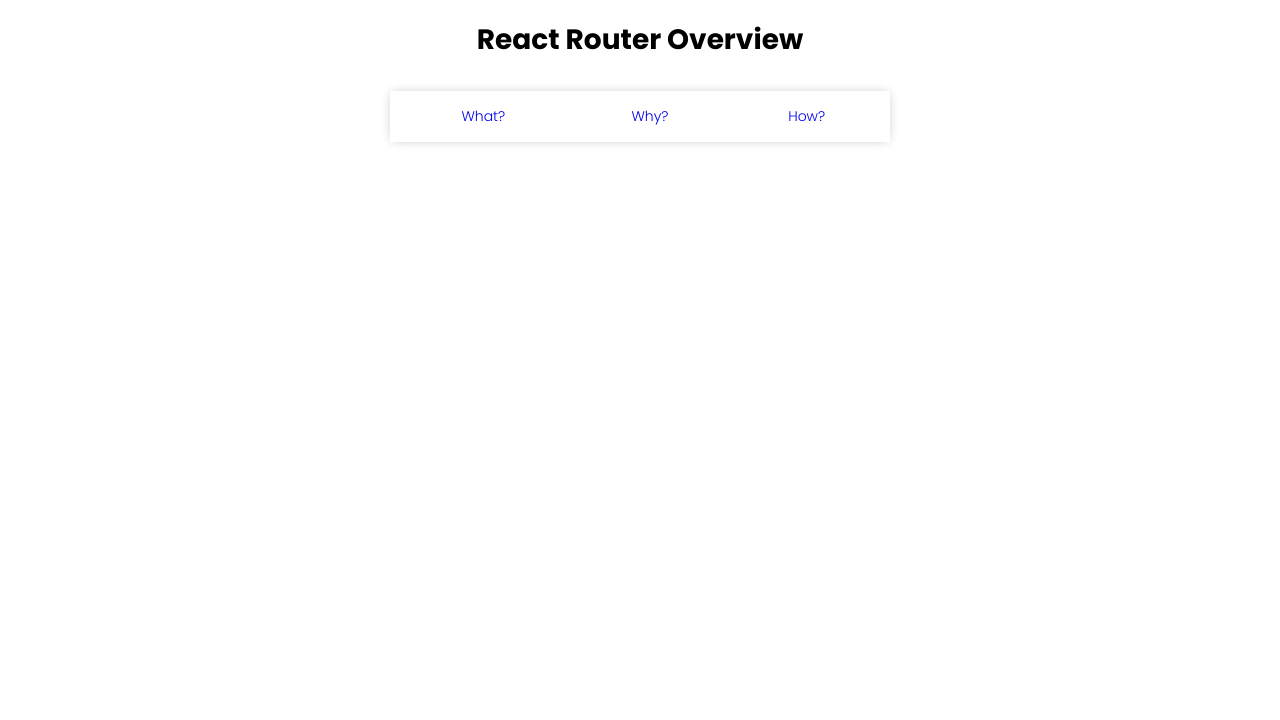
Repository: nguy3nds/2021-18-9-react
Page: /about
An editor plug-in stored every save of this project. The page is shown before and after a run of saves, followed by the edit.
The browser window is 1280 px wide. The pictures show the whole page.
The project was rebuilt for these pictures with package versions that can differ from the ones it lists, and the page was loaded fresh each time. Also part of the build but not shown: src/components/What.js, src/components/Why.js, src/components/How.js.

Above is the page before, as saved 2021-09-19 20:37:58.

After the next 3 saves:
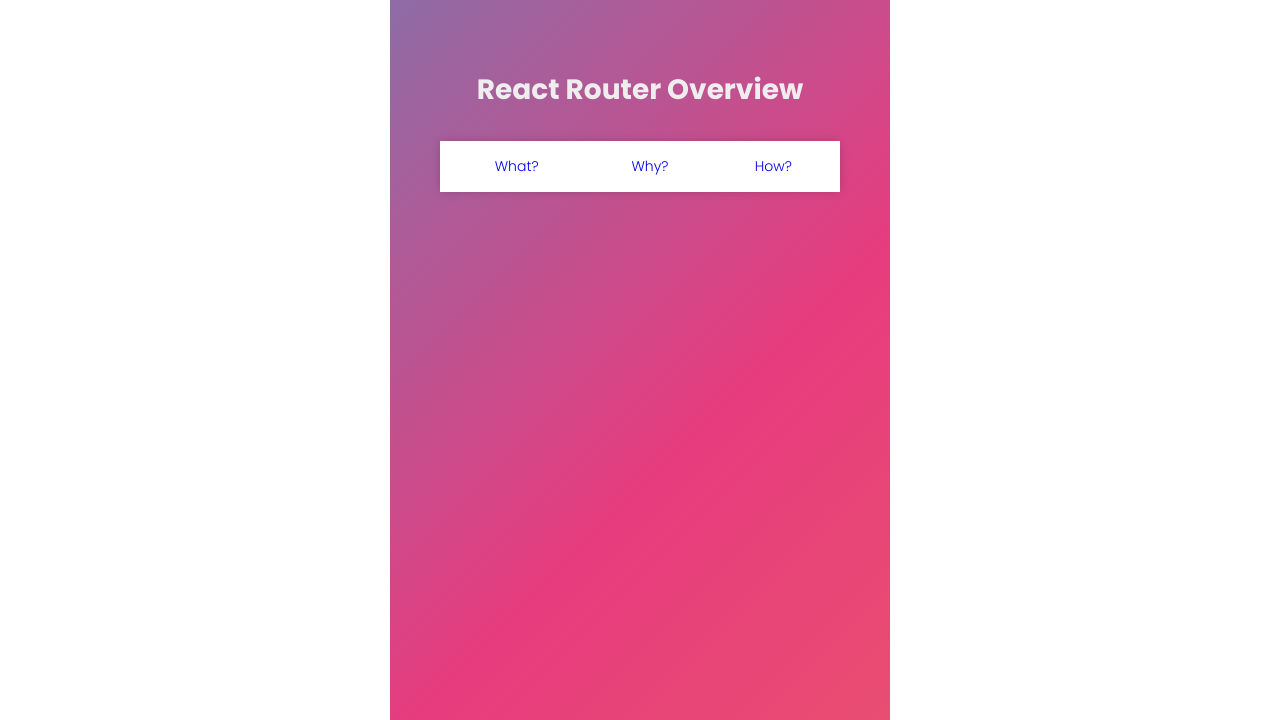
The 3 saves are shown as one change because 2 did not build or start.
The last was saved 37 s later.
--- a/src/App.js
+++ b/src/App.js
@@ -29,10 +29,27 @@ const DivContainer = styled.div`
   height: 100vh;
 `;
 
+const rotate360 = keyframes`
+  from {
+    transform: rotate(0deg);
+  }
+
+  to {
+    transform: rotate(360deg);
+  }
+`;
+
+const Rotate = styled.div`
+  display: inline-block;
+  animation: ${rotate360} 2s linear infinite;
+  padding: 2rem 1rem;
+  font-size: 1.2rem;
+`;
+
 export default function App() {
   return (
     <Router>
-      <div>
+      <DivContainer>
         <h1>React Router Overview</h1>
         <nav>
           <ul className="menu">
@@ -61,7 +78,7 @@ export default function App() {
             <What />
           </Route>
         </Switch>
-      </div>
+      </DivContainer>
     </Router>
   );
 }
